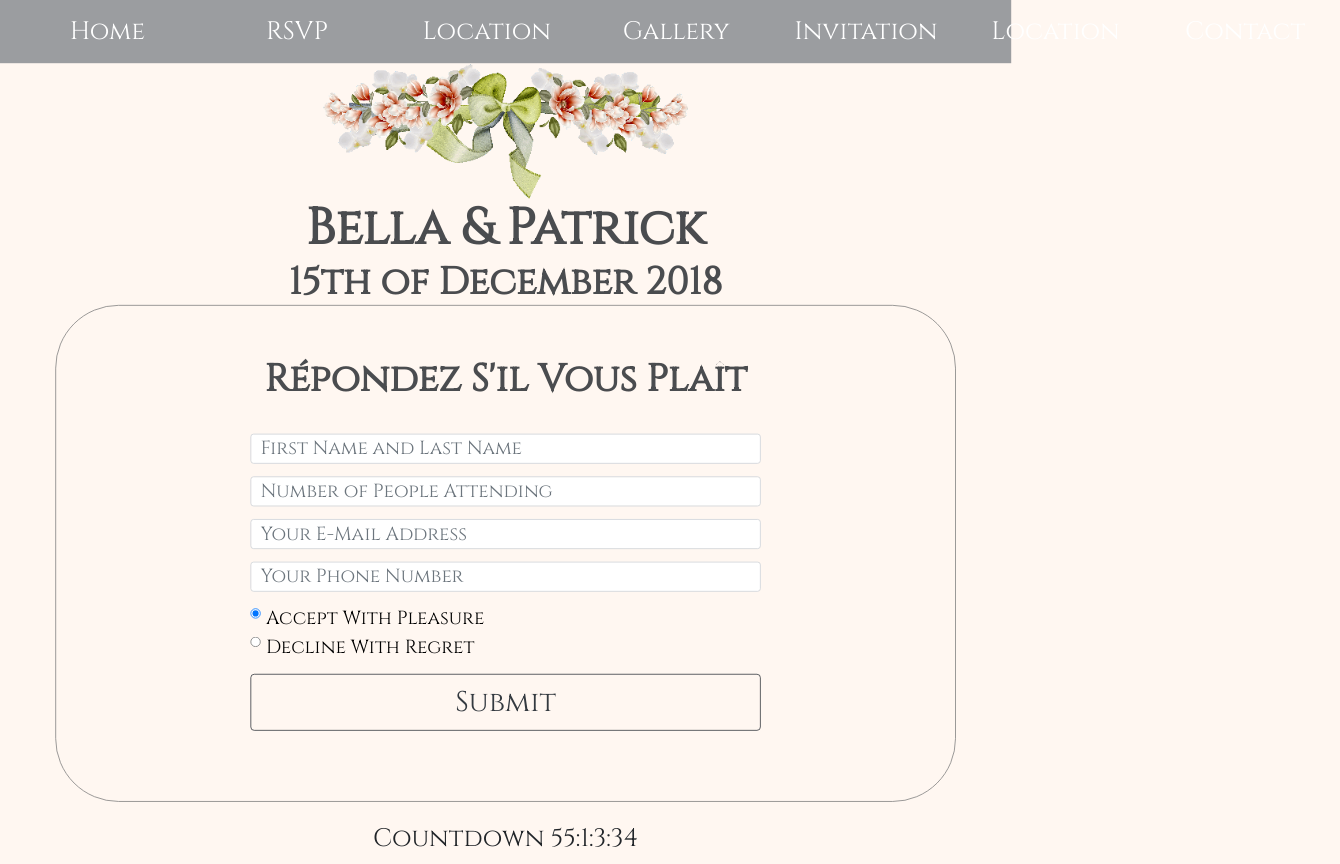
Repository: PMeiler/weddingApp
Page: http://localhost/form
The author's editor kept a record of every edit. The page is drawn from the files as they stood at one moment, then again after the next edit.
The browser window is 1280 px wide. The page is 1696 px wide, so the pictures cover 1696 px, including what lies to the right of the window. The pictures show the whole page, at 79% of full size.
Some web fonts or font styles are not loaded; a fallback is used. The page is served by the project's Node server (index.js).

Above is the page before.

After the next edit:
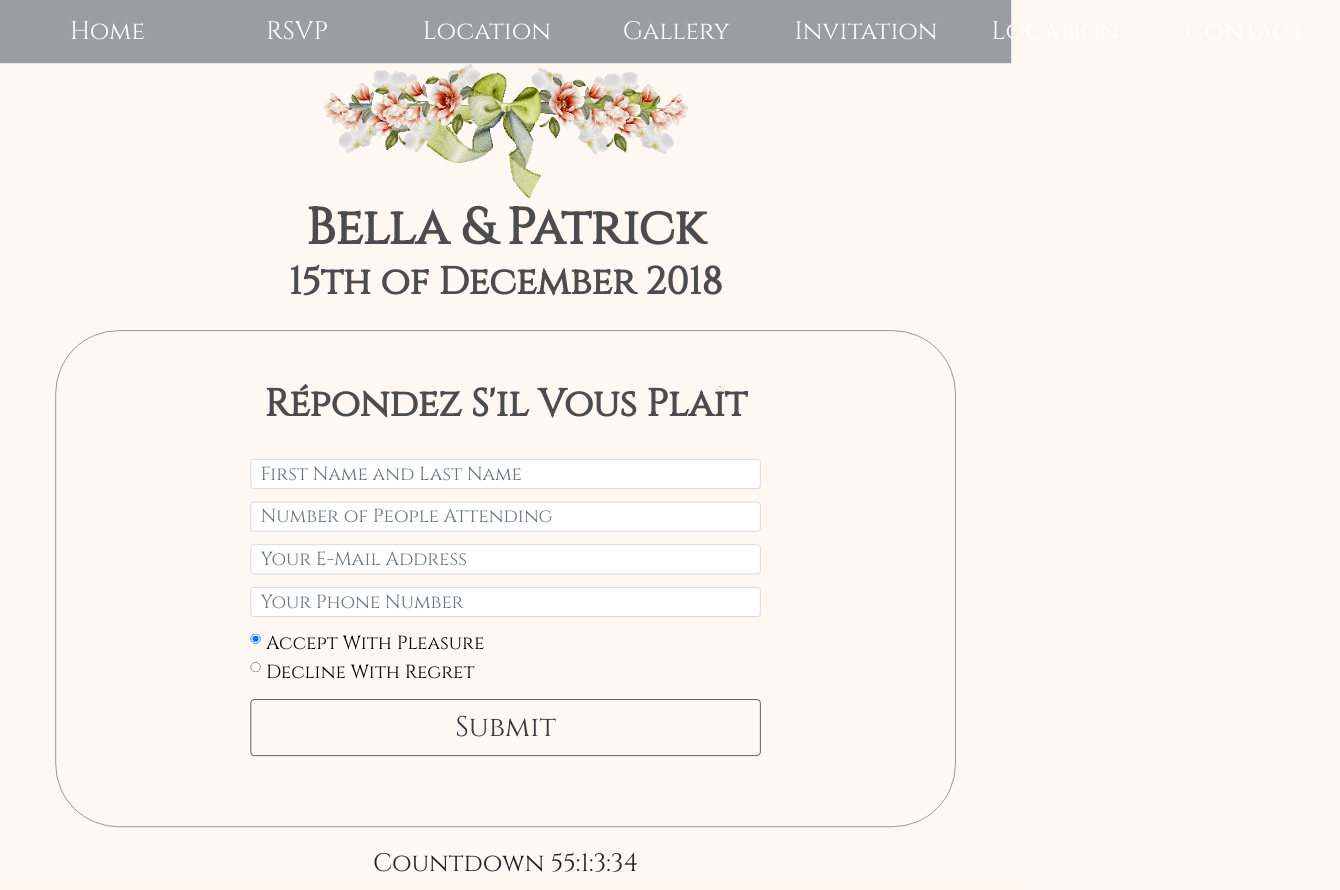
The edit:
--- a/views/public/form.ejs
+++ b/views/public/form.ejs
@@ -1,6 +1,6 @@
 <% include partials/header %>
 
-<div class="container" style="border: 1px solid grey;border-radius:5rem;">
+<div class="container" style="border: 1px solid grey;border-radius:5rem;margin-top:2rem;">
 	<div class="jumbotron jumbotron-fluid">
 	  <div class="container">
 	  		<h1 class="display-4" id="header">Répondez S'il Vous Plaît </h1>
